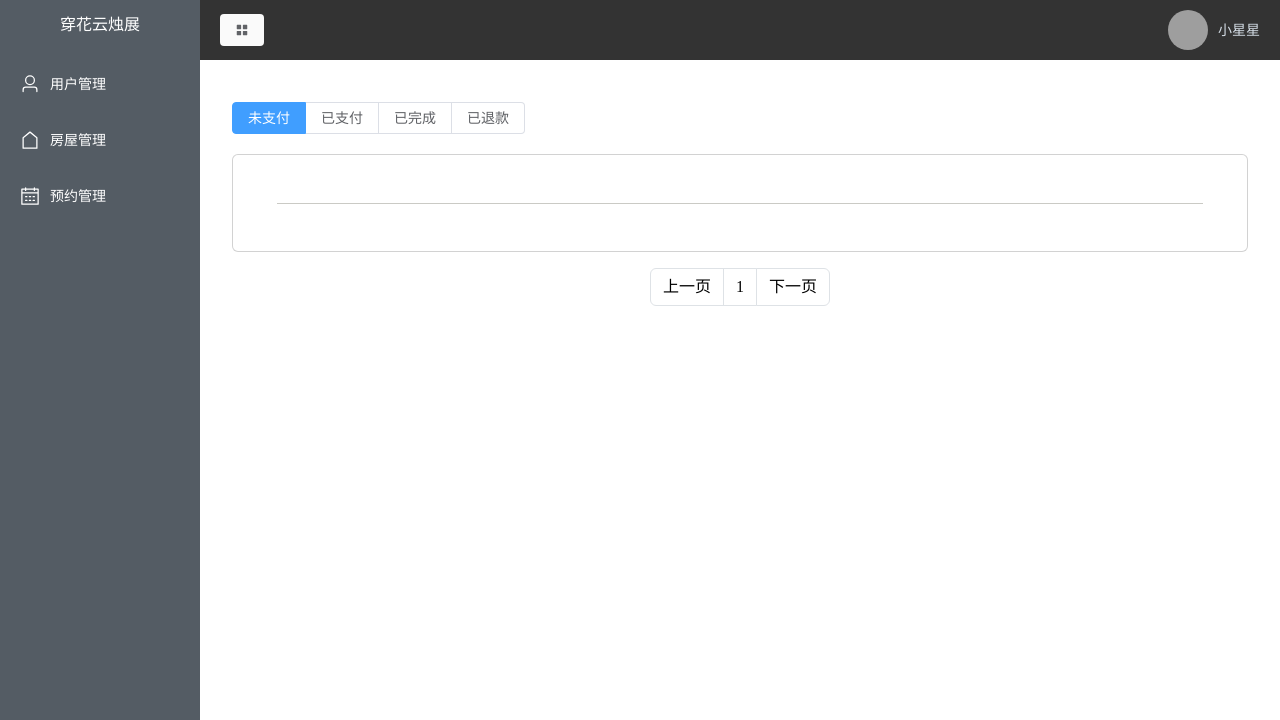
Repository: 3403784285-lucky/test-vue-big
Page: /manage/preview
An editor plug-in stored every save of this project. The page is shown before and after the next save, followed by the edit.
The browser window is 1280 px wide. The pictures show the whole page.
Pictures or frames that could not be fetched are drawn as grey boxes. The page's requests for data from a server got no answer. The project was rebuilt for these pictures with package versions that can differ from the ones it lists, and the page was loaded fresh each time. No one was signed in, and anything a server would have sent is missing. Also part of the build but not shown: vite.config.js, src/components/HelloWorld.vue, src/components/WelcomeItem.vue, src/components/icons/IconDocumentation.vue, src/components/icons/IconTooling.vue, src/components/icons/IconEcosystem.vue, src/components/icons/IconCommunity.vue, src/components/icons/IconSupport.vue and 2 more. Imported but missing from the stored project, and not drawn on this page: src/views/user/UserPassword.vue.

Above is the page before, as saved 2024-06-20 18:23:02.

### src/main.js
/*
 * @Author: 3403784285-lucky 147294730+3403784285-lucky@users.noreply.github.com
 * @Date: 2023-11-22 15:07:09
 * @LastEditors: 3403784285-lucky 147294730+3403784285-lucky@users.noreply.github.com
 * @LastEditTime: 2023-12-07 16:18:51
 * @FilePath: \test-vue-big\src\main.js
 * @Description: 这是默认设置,请设置`customMade`, 打开koroFileHeader查看配置 进行设置: https://github.com/OBKoro1/koro1FileHeader/wiki/%E9%85%8D%E7%BD%AE
 */
import { createApp } from 'vue'
import pinia from './stores'
import App from './App.vue'
import router from './router'
import '@/assets/main.scss'
import 'jquery/dist/jquery.min'
import 'bootstrap/dist/css/bootstrap.css'
import 'bootstrap/dist/js/bootstrap'
import 'bootstrap/dist/js/bootstrap.bundle.min' // 注意这里使用了 bundle 版本，它包含了 Popper.js
import '@/assets/font/iconfont.css'

import ElementPlus from 'element-plus'//引入Element Plus库，用于创建UI界面
import 'element-plus/dist/index.css'//引入Element Plus库的CSS样式表
const app = createApp(App)
//带有凭证，跨域操作
// axios.defaults.withCredentials = true
app.use(router)
app.use(pinia)
app.use(ElementPlus);
app.mount('#app')

import * as ELIcons from '@element-plus/icons-vue'
// 全局导入element plus图标
for (let iconName in ELIcons) {
    app.component(iconName, ELIcons[iconName])
}

### src/stores/index.js
//pinia独立维护

import { createPinia } from 'pinia'
import { defineStore } from 'pinia';

import persist from 'pinia-plugin-persistedstate'
const pinia = createPinia()

pinia.use(persist)
//统一导出
export default pinia
export * from './modules/user'
export * from './modules/counter'

export * from './modules/time'
export const useButtonStore = defineStore('button', {
    state: () => ({
        fromButton: false
    }),
    actions: {
        setFromButton(value) {
            this.fromButton = value;
        }
    }
});

### src/App.vue
<script setup>


</script>

<template>
  <router-view ></router-view>
</template>

<style scoped>

*{
  padding: 0;
  margin: 0;
}


</style>
<!-- "lint-staged": {
       "*.{js,ts,vue}": [
         "eslint --fix"
       ]
     } -->

### src/assets/main.scss
body{
    margin: 0;
    background-color: #f5f5f5;
}
// fade-slide

### src/assets/font/iconfont.css
@font-face {
  font-family: "iconfont"; /* Project id 4248113 */
  src: url('iconfont.woff2?t=1702733858370') format('woff2'),
       url('iconfont.woff?t=1702733858370') format('woff'),
       url('iconfont.ttf?t=1702733858370') format('truetype');
}

.iconfont {
  font-family: "iconfont" !important;
  font-size: 16px;
  font-style: normal;
  -webkit-font-smoothing: antialiased;
  -moz-osx-font-smoothing: grayscale;
}

.icon-shouye:before {
  content: "\e614";
}

.icon-weizhi:before {
  content: "\e615";
}

.icon-jinggao:before {
  content: "\e627";
}

.icon-yishoucang:before {
  content: "\e622";
}

.icon-shangchuangequ:before {
  content: "\e62e";
}

.icon-yunxiazai:before {
  content: "\e601";
}

.icon-shoucang1:before {
  content: "\e602";
}

.icon-xiazai2:before {
  content: "\e667";
}

.icon-xiazai1:before {
  content: "\e635";
}

.icon-chuangjiangedan:before {
  content: "\e613";
}

.icon-shouqipinglun:before {
  content: "\e6a2";
}

.icon-fanhui:before {
  content: "\e71e";
}

.icon-OTCrenzheng:before {
  content: "\e641";
}

.icon-xinzeng:before {
  content: "\e616";
}

.icon-gedanbiaoqian:before {
  content: "\e6b9";
}

.icon-svg_nav_Like_press:before {
  content: "\e612";
}

.icon-bianji:before {
  content: "\e600";
}

.icon-shoucang:before {
  content: "\e611";
}

.icon-peach-flower:before {
  content: "\e674";
}

.icon-bofangqi-bofang:before {
  content: "\e6a4";
}

.icon-huifu:before {
  content: "\e625";
}

.icon-xunhuanbofang:before {
  content: "\e6cc";
}

.icon-jingyin:before {
  content: "\e6e5";
}

.icon-ks3_music:before {
  content: "\e662";
}

.icon-nansheng:before {
  content: "\e64a";
}

.icon-nvsheng:before {
  content: "\e64b";
}

.icon-shangyiyehoutuifanhui-xianxingyuankuang:before {
  content: "\e8ef";
}

.icon-xiayiyeqianjinchakangengduo-xianxingyuankuang:before {
  content: "\e8f0";
}

.icon-002jingyin:before {
  content: "\e675";
}

.icon-yinliang:before {
  content: "\e63c";
}

.icon-jushoucang:before {
  content: "\e643";
}

.icon-zanting:before {
  content: "\e618";
}

.icon-shangyishou-yuanshijituantubiao:before {
  content: "\e62c";
}

.icon-xiayishou-yuanshijituantubiao:before {
  content: "\e62d";
}

.icon-suspend:before {
  content: "\e67d";
}

.icon-bianzu03_x:before {
  content: "\e6f2";
}

.icon-bofang-xunhuanbofang:before {
  content: "\e68d";
}

.icon-icon-spring-pink:before {
  content: "\e725";
}

.icon-sousuo:before {
  content: "\e651";
}

.icon-remen:before {
  content: "\e8f4";
}

.icon-yinleliebiao:before {
  content: "\e67c";
}

.icon-kekeaiaixiaopenzai-:before {
  content: "\e60c";
}

.icon-ego-favorite:before {
  content: "\e610";
}

.icon-xiazai:before {
  content: "\e60e";
}

.icon-xihuan:before {
  content: "\e61d";
}

### src/stores/modules/user.js
import { defineStore } from 'pinia'
import { ref } from 'vue'

// 用户模块  token setToken removeToken

export const useUserStore = defineStore(
    'big-user',
    () => {
        const token = ref('')
        const userId = ref('0')
        const email = ref('')
        const name = ref('')
        const pic = ref('')

        const setToken = (newValue) => {
            token.value = newValue
        }

        const removeToken = () => {
            token.value = ''
        }

        const updateUserInfo = (newUserInfo) => {
            if (newUserInfo.userId !== undefined) {
                userId.value = newUserInfo.userId
            }
            if (newUserInfo.email !== undefined) {
                email.value = newUserInfo.email
            }
            if (newUserInfo.name !== undefined) {
                name.value = newUserInfo.name
            }
            if (newUserInfo.pic !== undefined) {
                pic.value = newUserInfo.pic
            }
        }

        return {
            token,
            userId,
            email,
            name,
            pic,
            setToken,
            removeToken,
            updateUserInfo
        }
    },
    {
        persist: true
    }
)

### src/stores/modules/counter.js
import { defineStore } from 'pinia'
import { ref } from 'vue'

//数字计数器模块

export const useCountStore = defineStore(
  'big-count',
  () => {
    const count = ref(60)
    const sub = () => {
      count.value--
    }
    return {
      count,
      sub
    }
  },
  {
    persist: {
      enabled: true,
      key: 'tempCount',
      storage: sessionStorage
    }
  }
)

### src/stores/modules/time.js
import { defineStore } from 'pinia'
import { ref } from 'vue'

//数字计数器模块

export const useTimeStore = defineStore(
  'temporary',
  () => {
    const house = ref({})
    const order = ref({})
    const finish = ref('')
    const cancel = ref('')
    const loading= ref(false)


    const activeTab = ref('待支付')
    return {
      house,
      order,
      activeTab,
      finish,
      loading,
      cancel
    }
  },
  {
    persist: {
      enabled: true,
      key: 'temp',
      storage: sessionStorage
    }
  }
)

### src/views/layout/ManagerLayout.vue
<template>
  <el-container>
    <el-aside width=auto>
      <CommonAside />
    </el-aside>
    <el-container>
      <el-header class="el-header"><CommonHeader /></el-header>
      <el-main>
        <router-view></router-view>
      </el-main>
    </el-container>
  </el-container>
</template>
<script setup>
import CommonAside from "@/views/menu/CommonAside.vue";
import CommonHeader from "@/views/menu/CommonHeader.vue";
</script>


<style lang="less" scoped>
.el-header{
  padding: 0px;
}
</style>

### src/views/back/PreviewManage.vue
<template>
  <div class="container">
    <div style="margin-top: 20px;margin-bottom: 20px;">
    <el-radio-group v-model="radio2">
      <el-radio-button label="未支付" value="New York" />
      <el-radio-button label="已支付" value="Washington" />
      <el-radio-button label="已完成" value="Los Angeles" />
      <el-radio-button label="已退款" value="Chicago" />
    </el-radio-group>
  </div>
    <div class="card manage-frame">
      <div class="container">
        <div class="row">
          <div class="col-md-2"></div>
        </div>

        <div class="split"></div>

        <div class="row" v-for="preview in previews" :key="preview.orderSkuId">
          <div class="img-frame col-md-1">
            <img class="img-fluid" :src="preview.housePic" alt="用户头像" />
          </div>
          <div class="name col-md-2">小星星{{ preview.userId }}</div>
          <div class="col-md-6 des-manage">
            {{ preview.description }}
          </div>
          <div class="col-md-1">
            <button
              type="button"
              class="down rounded-2"
              data-bs-toggle="modal"
              data-bs-target="#exampleModal"
              @click="getValue(preview)"
            >
              {{ changeName(preview.orderStatus) }}
            </button>
          </div>
          <div class="col-md-1">
            <button type="button" class="agree rounded-2">指派</button>
          </div>
          <div class="split"></div>
        </div>
      </div>
    </div>
    <nav aria-label="Page navigation example" class="test">
      <ul class="pagination justify-content-center">
        <li class="page-item">
          <a
            class="page-link"
            href="#"
            tabindex="-1"
            aria-disabled="true"
            @click="prePage"
            >上一页</a
          >
        </li>

        <li class="page-item">
          <a class="page-link" href="#">{{ page }}</a>
        </li>

        <li class="page-item">
          <a class="page-link" href="#" @click="nextPage">下一页</a>
        </li>
      </ul>
    </nav>
  </div>
  <div
    class="modal fade"
    id="exampleModal"
    tabindex="-1"
    aria-labelledby="exampleModalLabel"
    aria-hidden="true"
  >
    <div class="modal-dialog about-return">
      <div class="modal-content">
        <div class="modal-header">
          <h5 class="modal-title" id="exampleModalLabel">提示</h5>
          <button
            type="button"
            class="btn-close"
            data-bs-dismiss="modal"
            aria-label="Close"
          ></button>
        </div>
        <div class="modal-body">
          {{ changeContent(temp) }}
        </div>
        <div class="modal-footer">
          <button
            type="button"
            class="btn btn-secondary cancel"
            data-bs-dismiss="modal"
          >
            取消
          </button>
          <button
            type="button"
            class="btn bg-dark text-white"
            @click="dealWithPreview(temp)"
          >
            确定
          </button>
        </div>
      </div>
    </div>
  </div>
</template>

<script setup>
import { ref, onUnmounted } from 'vue'
import { useRouter } from 'vue-router'
import { useTimeStore } from '@/stores/index'
import $ from 'jquery'

import {
  previewManageService,
  previewReturnService,
  houseCertainService
} from '@/api/house'


const radio1 = ref('New York')
const radio2 = ref('New York')
const radio3 = ref('New York')
const router = useRouter()
let previews = ref()
let timeStore = useTimeStore()
const temp = ref({
  orderSkuId: null,
  userId: null,
  orderSpuId: null,
  orderCreateTime: null,
  orderStatus: null,
  orderBadTime: null,
  orderEndTime: null,
  description: null,
  skuId: null,
  totalPrice: null
})
const page = ref(1)
const totalPage = ref()

const getValue = (preview) => {
  temp.value = preview
  console.log('点击了')
}

const dealWithPreview = (preview) => {
  if (preview.orderStatus == -2) {
    agreeReturn(preview)
    preview.orderStatus = '-3'
    $('.cancel')[0].click()
  } else {
    seeHouse(preview)
  }
}

const init = async () => {
  const res = await previewManageService(page.value)
  console.log(res.data.data)
  previews.value = res.data.data.records
  totalPage.value = res.data.data.pages
}
const changeName = (status) => {
  if (status == -2) {
    return '退款'
  } else {
    return '查看'
  }
}
const changeContent = (preview) => {
  console.log(preview.orderStatus)
  if (preview.orderStatus == -2) {
    return '您确定要同意该订单的退款吗'
  } else {
    return '您即将跳转到房屋详情页面，要继续操作吗？'
  }
}
onUnmounted(() => {
  $('.modal-backdrop').remove()
  $('body').removeClass('modal-open')
})
init()
//上一页
const prePage = () => {
  console.log('上一页')
  if (page.value != 1) {
    page.value--
    init()
  }
}
//同意退款
const agreeReturn = async (preview) => {
  await previewReturnService(preview)

  ElMessage.success('退款成功')
}
const seeHouse = async (preview) => {
  const res = await houseCertainService(preview)
  console.log(res.data)
  timeStore.house = res.data.data
  router.push('/house/channel')
}

//下一页
const nextPage = () => {
  console.log('下一页')
  if (page.value != totalPage.value) {
    page.value++
    init()
  }
}
</script>
<style scoped>
.manage-frame {
  padding: 2rem;
}
.test {
  margin-top: 1rem;
  font-family: 'YouYuan';
}
.page-link {
  color: black;
}
.name {
  font-size: 0.9rem;
  font-family: 'YouYuan';
}
.freeze {
  width: 4rem;
  height: 2rem;
  font-size: 0.7rem;
  background-color: rgb(201, 105, 105);
  color: white;
  border: 0;
  outline: none;
}
.down {
  width: 3rem;
  height: 1.5rem;
  font-size: 0.7rem;
  background-color: rgb(201, 105, 105);
  color: white;
  border: 0;
  outline: none;
}

.agree {
  width: 3rem;
  height: 1.5rem;
  font-size: 0.7rem;
  background-color: rgb(73, 211, 156);
  color: white;
  border: 0;
  outline: none;
}
.split {
  height: 0.02rem;
  background-color: rgb(202, 202, 197);
  width: 100%;
  margin-top: 1rem;
  margin-bottom: 1rem;
}
.des-manage {
  font-size: 0.7rem;
  color: rgb(150, 155, 160);
}
</style>

### src/views/menu/CommonAside.vue
<template>
  <el-menu default-active="1-4-1" class="el-menu-vertical-demo" @open="handleOpen" @close="handleClose"
           :collapse="isCollapse" background-color="#545c64" text-color="#fff" active-text-color="#ffd04b">
    <!-- 要放到导航栏里面 -->
    <h3>{{ isCollapse ? "后台" : "穿花云烛展" }}</h3>
    <!-- 观察数据,我们发现name是唯一标识 -->
    <!-- 查看文档,index是唯一标识 -->
    <el-menu-item @click="clickItem(item)" v-for="item in noChildren" :key="item.name" :index="item.name">
      <!-- 直接使用图标组件 -->
      <component :is="item.icon" class="menu-icon" />
      <span slot="title">{{ item.label }}</span>
    </el-menu-item>
  </el-menu>
</template>

<script setup>
import { computed } from 'vue';
import { useRouter, useRoute } from 'vue-router';
import { useMenuStore } from '@/stores/modules/menuStore'; // 引入 Pinia Store
import {
  House,
  User,
  Calendar
} from '@element-plus/icons-vue';

const icons = {
  House,
  User,
  Calendar
};

const MenuData = [
  {
    name: 'userManagement',
    label: '用户管理',
    icon: User,
    path: '/manage/user',
    url: '/manage/user'
  },
  {
    name: 'houseManagement',
    label: '房屋管理',
    icon: House,
    path: '/manage/house',
    url: '/manage/house'
  },
  {
    name: 'previewManagement',
    label: '预约管理',
    icon: Calendar,
    path: '/manage/preview',
    url: '/manage/preview'
  }
];

// 动态解析图标组件
const resolveIconComponent = (iconName) => {
  return icons[iconName] || null;
};

// 使用 Pinia Store
const menuStore = useMenuStore();

// 获取折叠状态
const isCollapse = computed(() => menuStore.isCollapse);

// 获取路由实例
const router = useRouter();
const route = useRoute();

// 处理菜单项点击事件，导航到指定路径
const clickItem = (item) => {
  // 防止重复点击同一路径报错
  if (route.path !== item.path && !(route.path === '/manager-layout' && item.path === '/manage/user')) {
    router.push(item.path);
  }
};

// 处理菜单打开事件
const handleOpen = (key, keyPath) => {
  console.log('打开菜单:', key, keyPath);
};

// 处理菜单关闭事件
const handleClose = (key, keyPath) => {
  console.log('关闭菜单:', key, keyPath);
};

// 计算属性，过滤没有子菜单的菜单项
const noChildren = computed(() => {
  return MenuData.filter(item => !item.children);
});

// 计算属性，过滤有子菜单的菜单项
const hasChildren = computed(() => {
  return MenuData.filter(item => item.children);
});
</script>

<style scoped>
.el-menu-vertical-demo:not(.el-menu--collapse) {
  width: 200px;
  min-height: 400px;
}

.el-menu {
  height: 100vh;
  border-right: none;

  h3 {
    text-align: center;
    line-height: 48px;
    color: #fff;
    font-size: 16px;
    font-weight: 400;
  }
}

.menu-icon {
  margin-right: 10px;
  font-size: 20px; /* 调整图标大小 */
  width: 1em;
  height: 1em;
  display: inline-flex;
  align-items: center;
  justify-content: center;
}
</style>

### src/views/menu/CommonHeader.vue
<template>
  <div class="header-container">
    <div class="l-content">
      <el-button @click="handleMenu" size="mini" class="custom-button">
        <el-icon><Menu /></el-icon>
      </el-button>
    </div>
    <div class="r-content">
      <el-dropdown>
        <span class="el-dropdown-link" @click.stop>
          <img class="user" src="https://tse3-mm.cn.bing.net/th/id/OIP-C.XnNffgb1NFyj1bxHEXyzsQAAAA?w=210&h=210&c=7&r=0&o=5&dpr=2&pid=1.7" alt="头像">
          <span class="username">小星星</span>
        </span>
        <template #dropdown>
          <el-dropdown-menu>
            <el-dropdown-item>个人信息</el-dropdown-item>
            <el-dropdown-item>退出</el-dropdown-item>
          </el-dropdown-menu>
        </template>
      </el-dropdown>
    </div>
  </div>
</template>

<script setup>
import { Menu } from '@element-plus/icons-vue';
import { useMenuStore } from '@/stores/modules/menuStore'; // 引入 Pinia Store

const menuStore = useMenuStore(); // 使用 Pinia Store

const handleMenu = () => {
  menuStore.toggleCollapse(); // 调用 Pinia Store 的方法
};
</script>

<style lang="less" scoped>
.header-container {
  background-color: #333;
  height: 60px;

  // 让按钮和头像居中
  display: flex;
  justify-content: space-between;
  align-items: center;
  // 不要紧贴边框
  padding: 0 20px;

  .el-dropdown-link {
    display: flex;
    align-items: center;
    cursor: pointer;
    color: #d5dee7;

    .user {
      width: 40px;
      height: 40px;
      // 50%变圆形
      border-radius: 50%;
    }

    .username {
      margin-left: 10px;
      color: #d5dee7;
    }
  }
}

/* 自定义按钮样式 */
.custom-button {
  background-color: #fafafa; /* 默认背景色 */
  color: #616367; /* 默认文字颜色 */
  border: none; /* 无边框 */
}

.custom-button:hover {
  background-color: #616367; /* 悬停背景色 */
  color: #fff; /* 悬停文字颜色 */
}

.custom-button:active {
  background-color: #616367; /* 悬停背景色 */
  color: #fff; /* 悬停文字颜色 */
}
</style>

### src/utils/request.js
import { useUserStore } from '@/stores'
import { ElMessage } from 'element-plus'
import router from '@/router'
import axios from 'axios'

const baseURL = 'http://localhost:8080'

const instance = axios.create({
    baseURL,
    timeout: 60000
    //   headers: { 'X-Custom-Header': 'foobar' }
})

// 添加请求拦截器
axios.interceptors.request.use(
    (config) => {
        // 在发送请求之前做些什么
        const useStore = useUserStore()
        if (useStore.token) {
            config.headers.Authorization = useStore.token
        }
        return config
    },
    function (error) {
        // 处理请求错误
        return Promise.reject(error)
    }
)

// 添加响应拦截器
axios.interceptors.response.use(
    function (response) {
        // 2xx 状态码都会触发此函数
        // 处理响应数据
        if (
            response.data.code === 0 ||
            response.data.code == 506 ||
            response.data.code == 503
        ) {
            return response
        }
        ElMessage.error(response.data.message || '服务异常')
        return Promise.reject(response.data)
    },
    function (error) {
        // 处理响应错误
        // 特殊情况 401 未授权或者token过期=>跳转到登录页
        if (error.response?.status === 401) {
            router.push('/login')
        }
        // 默认情况下的错误处理
        ElMessage.error(error.response.data.message || '服务异常')
        return Promise.reject(error)
    }
)

export default instance
export { baseURL }

### src/stores/modules/menuStore.js
import { defineStore } from 'pinia';

export const useMenuStore = defineStore('menu', {
    state: () => ({
        isCollapse: false, // 导航栏是否折叠
    }),
    actions: {
        // 切换导航栏展开和收起的方法
        toggleCollapse() {
            this.isCollapse = !this.isCollapse;
        }
    }
});

Loaded but not shown: index.html (common file); src/router/index.js (172 lines, source omitted); src/api/house.js (245 lines, source omitted)

After the next save:
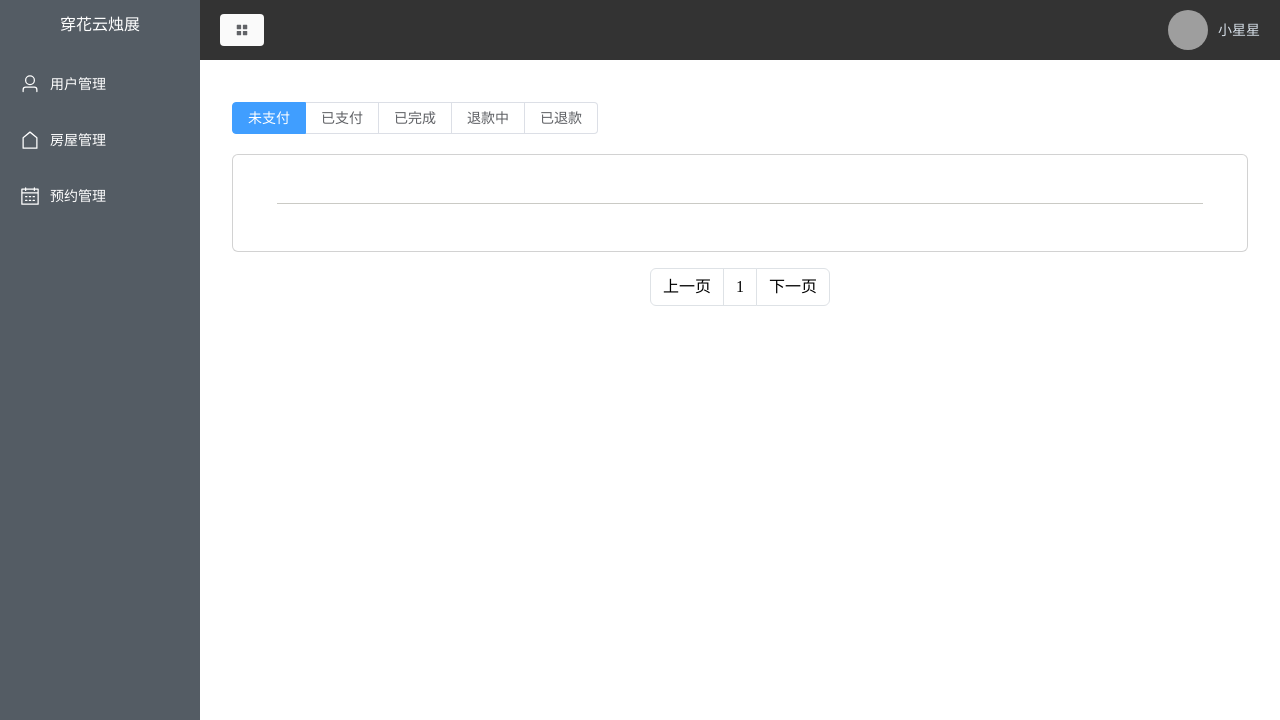
Saved 18 s later.
--- a/src/views/back/PreviewManage.vue
+++ b/src/views/back/PreviewManage.vue
@@ -5,6 +5,7 @@
       <el-radio-button label="未支付" value="New York" />
       <el-radio-button label="已支付" value="Washington" />
       <el-radio-button label="已完成" value="Los Angeles" />
+      <el-radio-button label="退款中" value="po" />
       <el-radio-button label="已退款" value="Chicago" />
     </el-radio-group>
   </div>
